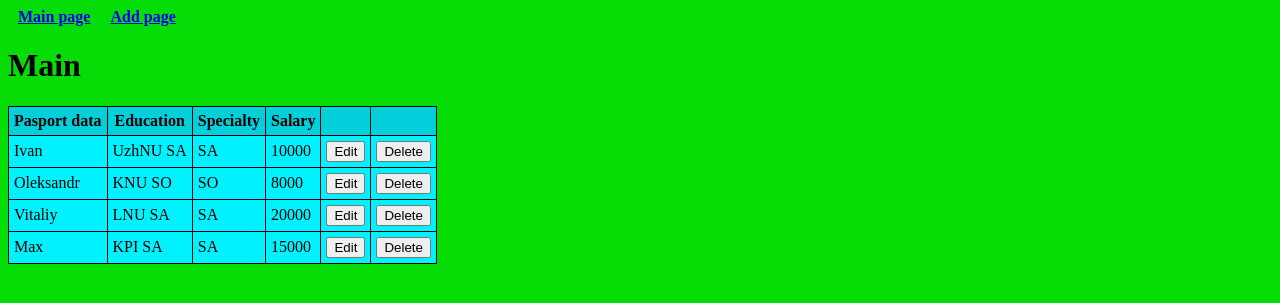
Repository: Alan-Melnychenko/vue
Page: / (app in Project/)
An editor plug-in stored every save of this project. The page is shown before and after the next save, followed by the edit.
The browser window is 1280 px wide. The pictures show the whole page.
The project was rebuilt for these pictures with package versions that can differ from the ones it lists, and the page was loaded fresh each time. Also part of the build but not shown: Project/vue.config.js, Project/src/pages/Add/index.vue, Project/src/pages/Edit/index.vue.

Above is the page before, as saved 2022-11-08 23:34:23.

### Project/src/App.vue
<template>
  <div>
    <header>
      <router-link class="link" to="/"><b>Main page</b></router-link>
      <router-link class="link" to="/add"><b>Add page</b></router-link>
    </header>
    <main>
      <router-view></router-view>
    </main>
  </div>
</template>
<script>
export default {
  name: "App",
  components: {},
};
</script>

<style>
table {
  background-color: rgb(0, 242, 255);
}
body {
  background-color: rgb(6, 221, 6);
}
.link {
  margin: 10px;
}
table {
  border-collapse: collapse;
  border: 1px solid black;
  padding: 2px;
}
th {
  background-color: rgb(1, 207, 218);
  border: 1px solid black;
  padding: 5px;
}
td {
  border: 1px solid black;
  padding: 5px;
}
</style>

### Project/src/router.js
import { createRouter, createWebHashHistory } from "vue-router";

import MainPage from "./pages/Main/index.vue";
import AddPage from "./pages/Add/index.vue";
import EditPage from "./pages/Edit/index.vue";

const routes = [
  {
    path: "/",
    name: "main",
    component: MainPage,
  },
  {
    path: "/add",
    name: "add",
    component: AddPage,
  },
  {
    path: "/edit/:id?",
    name: "edit",
    component: EditPage,
  },
];

const router = createRouter({
  history: createWebHashHistory(),
  routes,
});

export default router;

### Project/src/store/index.js
import { createStore } from "vuex";

const store = createStore({
  state() {
    return {
      listData: [
        {
          id: 0,
          pasport: "Ivan",
          education: "UzhNU SA",
          specialty: "SA",
          salary: 10000,
        },
        {
          id: 1,
          pasport: "Oleksandr",
          education: "KNU SO",
          specialty: "SO",
          salary: 8000,
        },
        {
          id: 2,
          pasport: "Vitaliy",
          education: "LNU SA",
          specialty: "SA",
          salary: 20000,
        },
        {
          id: 3,
          pasport: "Max",
          education: "KPI SA",
          specialty: "SA",
          salary: 15000,
        },
      ],
    };
  },
  getters: {
    getAllListData: (state) => state.listData,
    getEmployeeById: (state) => (id) => {
      return state.listData[id];
    },
  },

  mutations: {
    addNewEmployee(state, arr) {
      state.listData.push(arr);
    },
    editEmployee(state, arr) {
      state.listData[arr[0]] = arr[1];
    },
    deleteEmployee(state, id) {
      state.listData = state.listData.filter((item) => item.id !== id);
    },
  },
  actions: {
    addNewEmployeeAction({ commit }, arr) {
      commit("addNewEmployee", arr);
    },
    editEmployeeAction({ commit }, arr) {
      commit("editEmployee", arr);
    },
    deleteEmployeeAction({ commit }, id) {
      commit("deleteEmployee", id);
    },
  },
});

export default store;

### Project/src/pages/Main/index.vue
<template>
  <div>
    <h1>Main</h1>
    <table>
      <tr>
        <th>Pasport data</th>
        <th>Education</th>
        <th>Specialty</th>
        <th>Salary</th>
        <th></th>
        <th></th>
      </tr>
      <employee-card
        v-for="item in getAllListData"
        :key="item.id"
        :pasport="item.pasport"
        :education="item.education"
        :specialty="item.specialty"
        :salary="item.salary"
      />
    </table>
  </div>
</template>

<script>
import employeeCard from "@/components/employee.vue";
import { mapGetters } from "vuex";
export default {
  name: "MainPage",
  components: {
    employeeCard,
  },
  computed: {
    ...mapGetters(["getAllListData"]),
  },
  methods: {
    goToAdd() {
      this.$router.push({ path: "/add" });
    },
    goToEdit() {
      this.$router.push({ path: "/edit" });
    },
  },
};
</script>

<style lang="css" scoped></style>

### Project/src/components/employee.vue
<template>
  <tr>
    <td>{{ pasport }}</td>
    <td>{{ education }}</td>
    <td>{{ specialty }}</td>
    <td>{{ salary }}</td>
    <td><button @click="onEdit(id)">Edit</button></td>
    <td><button @click="onDelete(id)">Delete</button></td>
  </tr>
</template>

<script>
import { mapActions } from "vuex";
export default {
  name: "employeeCard",

  props: {
    id: {
      type: Number,
      default: 0,
    },
    pasport: {
      type: String,
      default: "No pasport data",
    },
    education: {
      type: String,
      default: "No education",
    },
    specialty: {
      type: String,
      default: "No specialty",
    },
    salary: {
      type: Number,
      default: 0,
    },
  },
  methods: {
    ...mapActions(["deleteEmployeeAction"]),
    onEdit(id) {
      this.$router.push({
        name: "edit",
        params: { id: id },
      });
    },
    onDelete(id) {
      this.deleteEmployeeAction(id);
    },
  },
};
</script>

<style lang="css" scoped></style>

Loaded but not shown: Project/public/index.html (common file); Project/src/main.js (common file)

After the next save:
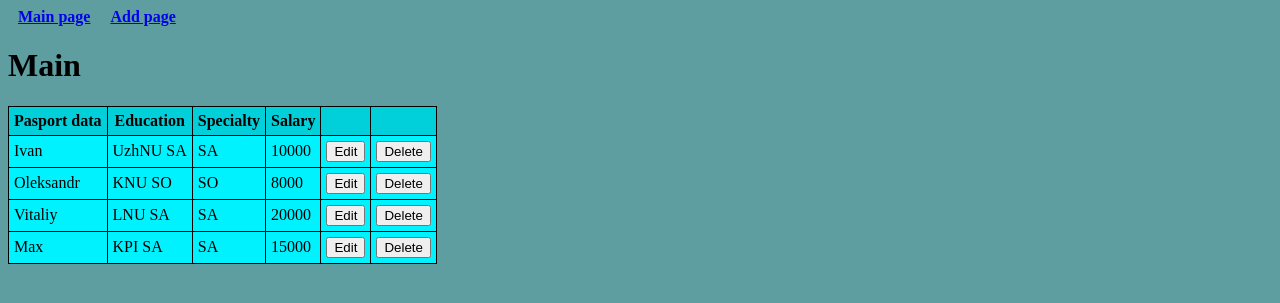
Saved 44 s later.
--- a/Project/src/App.vue
+++ b/Project/src/App.vue
@@ -21,7 +21,7 @@ table {
   background-color: rgb(0, 242, 255);
 }
 body {
-  background-color: rgb(6, 221, 6);
+  background-color: cadetblue ;
 }
 .link {
   margin: 10px;
